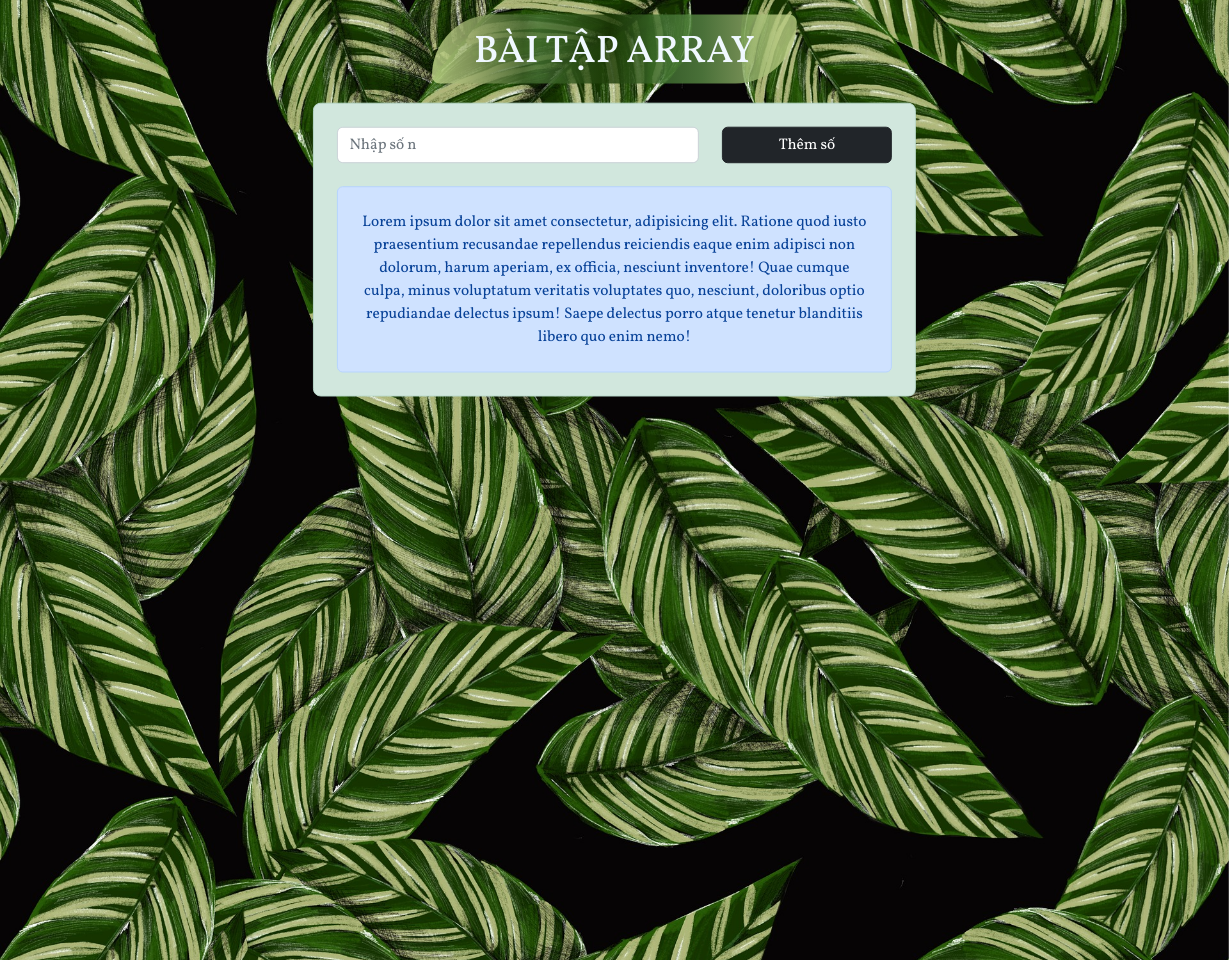
Repository: hcozyph/TranHuuPhuoc_BC43_BT_JS_Buoi7_8_ARRAY
Page: index.html
The author's editor kept a copy of each file at every save. The page is drawn from the files as they stood at one save, then again after the next save.
The browser window is 1280 px wide. The pictures show the whole page, at 96% of full size.

Above is the page before, as saved 2023-02-20 22:35:57.

After the next save:
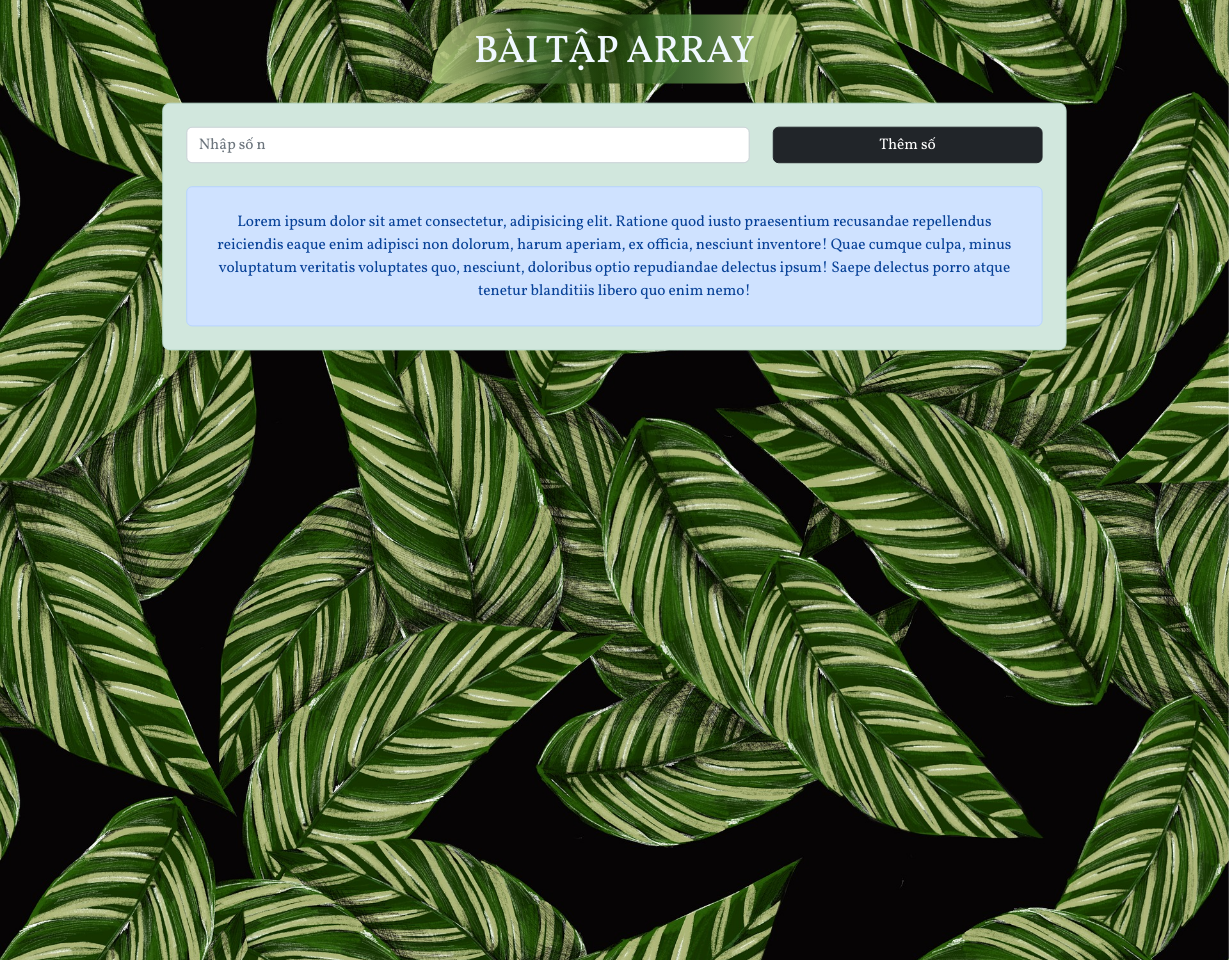
Saved 13 s later.
--- a/index.html
+++ b/index.html
@@ -35,7 +35,7 @@
                 </div>
 
                 <div
-                    class="alert alert-success w-50 text-center d-block rounded-3 p-4"
+                    class="alert alert-success w-75 text-center d-block rounded-3 p-4"
                     style="margin: 20px auto"
                 >
                     <div class="row row-cols-3">
